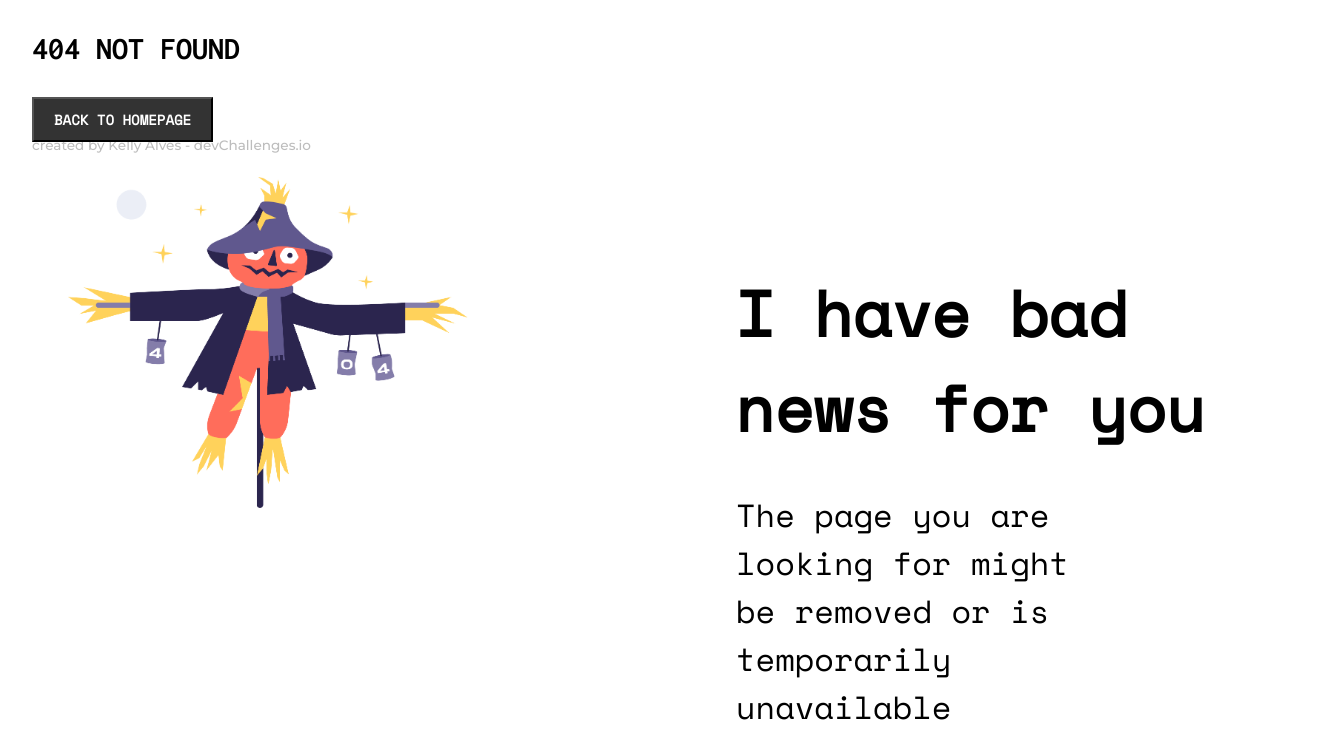
Repository: kellyalves87/404_not_found
Page: index.html
These files come from the project's save history. The page is drawn as it stood at one moment and after the next save; the edit follows.
The browser window is 1280 px wide. The page is 1321 px wide, so the pictures cover 1321 px, including what lies to the right of the window. The pictures show the whole page.

Above is the page before, as saved 2021-05-16 16:15:54.

### index.html
<!DOCTYPE html>
<html lang="en">

<head>
  <meta charset="utf-8" />
  <meta name="viewport" content="width=device-width, initial-scale=1,
  maximum-scale=5" />
  <link rel="icon" href="./assets/devchallenges.png" />
  <link rel="shortcut icon" type="image/x-icon" href="https://devchallenges.io/" />
  <link rel="preconnect" href="https://fonts.gstatic.com">
<link href="https://fonts.googleapis.com/css2?family=Inconsolata:wght@700&family=Montserrat:wght@500&family=Space+Mono:ital,wght@0,400;1,700&display=swap" rel="stylesheet">
  <link rel="stylesheet" href="./style/index.css">
  <link rel="stylesheet" href="./style/reset.css">
  <title>Devchallenges</title>
</head>

<header class="header">
  <h1>404 not found</h1>
</header>

<body>
  <section class="content">
    <img src="./assets/Scarecrow.png" alt="straw man">
    <h1>I have bad news for you</h1>
    <p>The page you are looking for might be removed or is temporarily unavailable</p>
  </section>
  <div class="button">
    <button type="button">back to homepage</button>
  </div>
    <footer class="footer">
      <a href="https://github.com/kellyalves87">created by Kelly Alves - <a href="https://devchallenges.io/">devChallenges.io</a>
    </footer>
</body>

</html>

### style/index.css
/* Mobile first */
@media only screen and (max-width: 414px) {
  body {
    display: flex;
    flex-direction: column;
  }

  .header h1 {
    font-family: inconsolata, sans-serif;
    font-size: 1rem;
    text-transform: uppercase;
  }

  .content img {
    padding-top: 10px;
    display: flex;
    margin: auto;
    width: 200px;
  }

  .header,
  .content,
  .button,
  .footer {
    margin: 1rem;
  }

  .content h1,
  p,
  button {
    font-family: Space Mono, sans-serif;
  }

  .content h1,
  button {
    font-weight: 700;
  }

  .content h1 {
    font-size: 2.75rem;
    padding-top: 10px;
    padding-bottom: 10px;
  }

  .content p {
    font-size: 1.1rem;
    font-weight: 400;
    padding-top: 10px;
  }

  button {
    color: #ffffff;
    cursor: pointer;
    background-color: #333333;
    font-size: 14px;
    position: fixed;
    padding: 10px 20px;
    text-transform: uppercase;
  }

  .footer {
    font-size: 0.85rem;
    padding-top: 40px;
  }
  .footer a {
    color: #bdbdbd;
    font-family: Montserrat, sans-serif;
    text-decoration: none;
  }
}

/*Desktop*/

.header h1 {
  font-family: Inconsolata, sans-serif;
  font-style: normal;
  font-weight: bold;
  text-transform: uppercase;
}

.content img {
  position: absolute;
  left: 5.35%;
  right: 57.21%;
  top: 24.54%;
  bottom: 34.03%;
  width: 400px;
}

.header,
.content,
.button,
.footer {
  margin: 2rem;
}

.content h1,
p,
button {
  font-family: Space Mono, sans-serif;
}

.content h1,
button {
  font-weight: 700;
}

.content h1 {
  font-size: 4rem;
  width: 586px;
  height: 190px;
  left: 735px;
  top: 265px;
  position: absolute;
}

.content p {
  font-size: 2rem;
  font-weight: 400;
  position: absolute;
  width: 381px;
  height: 108px;
  left: 736px;
  top: 491px;
}

button {
  color: #ffffff;
  cursor: pointer;
  background-color: #333333;
  font-size: 14px;
  position: fixed;
  padding: 10px 20px;
  text-transform: uppercase;
}

.footer {
  font-size: 0.85rem;
  padding-top: 40px;
}
.footer a {
  color: #bdbdbd;
  font-family: Montserrat, sans-serif;
  text-decoration: none;
}

Loaded but not shown: style/reset.css (common file)

After the next save:
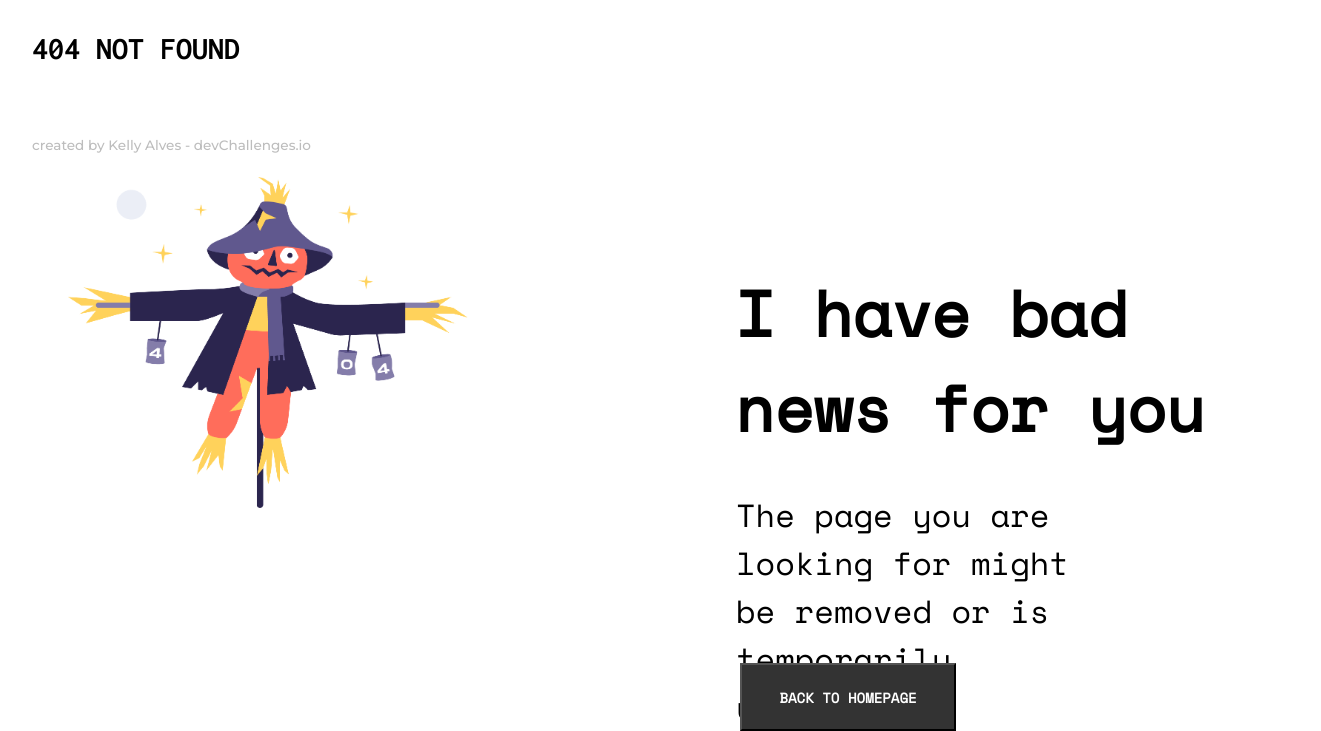
Saved 41 s later.
--- a/style/index.css
+++ b/style/index.css
@@ -129,8 +129,11 @@ button {
   cursor: pointer;
   background-color: #333333;
   font-size: 14px;
-  position: fixed;
-  padding: 10px 20px;
+  position: absolute;
+  width: 216px;
+  height: 68px;
+  left: 740px;
+  top: 663px;
   text-transform: uppercase;
 }
 
